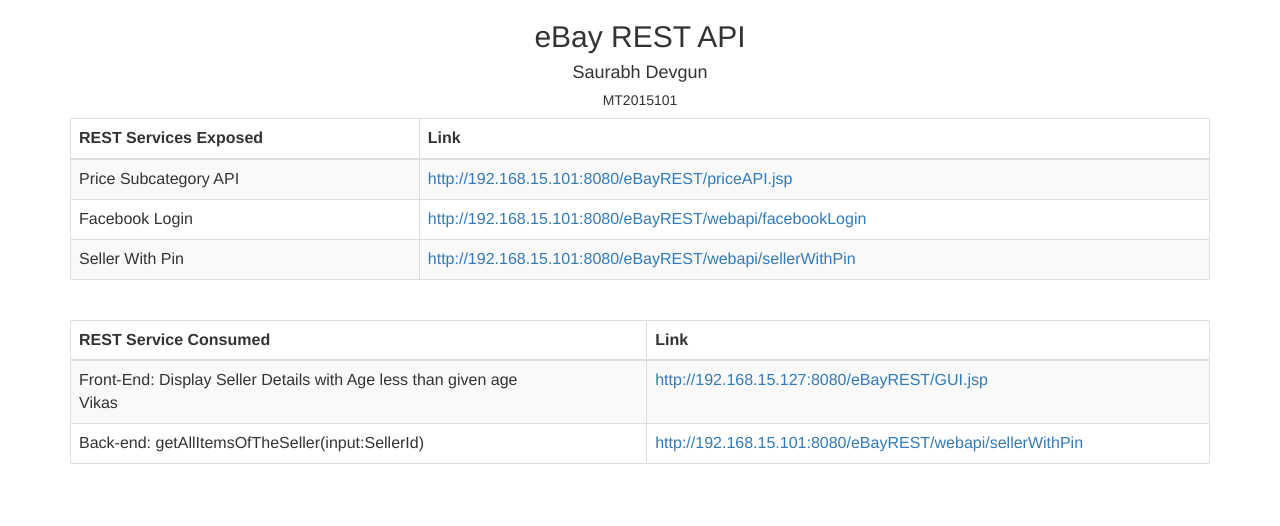
Repository: saurabh-devgun-iiitb/RESTProject
Page: http://localhost/eBayREST/
An editor plug-in stored every save of this project. The page is shown before and after the next save, followed by the edit.
The browser window is 1280 px wide. The pictures show the whole page.
The page is served by Tomcat 9. Other server files are loaded and not shown.

Above is the page before, as saved 2016-07-23 05:23:52.

### eBayREST/WebContent/index.jsp
<html>
<head>
  <meta name="viewport" content="width=device-width, initial-scale=1">
  <link rel="stylesheet" href="http://maxcdn.bootstrapcdn.com/bootstrap/3.3.6/css/bootstrap.min.css">
  <script src="https://ajax.googleapis.com/ajax/libs/jquery/1.12.4/jquery.min.js"></script>
  <script src="http://maxcdn.bootstrapcdn.com/bootstrap/3.3.6/js/bootstrap.min.js"></script>
</head>
<body>
	<div align="center">
	    <h2>eBay REST API</h2>
	    <h4>Saurabh Devgun</h4>
	    <h5>MT2015101</h5>
    </div>
    <div class = "container">
    <table class="table table-hover table-striped table-bordered">
      <thead>
        <tr>
          <th>REST Services Exposed</th>
          <th>Link</th>
        </tr>
      </thead>
      <tbody>
        <tr>
          <td>Price Subcategory API</td>
          <td><a href="priceAPI.jsp">http://192.168.15.101:8080/eBayREST/priceAPI.jsp</a></td>
        </tr>
        <tr>
          <td>Facebook Login</td>
          <td><a href="loginThroughFacebook.jsp">http://192.168.15.101:8080/eBayREST/webapi/facebookLogin</a></td>
        </tr>
        <tr>
          <td>Seller With Pin</td>
          <td><a href="sellerWithPin.jsp">http://192.168.15.101:8080/eBayREST/webapi/sellerWithPin</a></td>
        </tr>
      </tbody>
    </table>
    </div>
    <br>
    <div class="container">
    	<table class="table table-hover table-striped table-bordered">
      <thead>
        <tr>
          <th>REST Service Consumed</th>
          <th>Link</th>
        </tr>
      </thead>
      <tbody>
        <tr>
          <td>Front-End: Display Seller Details with Age less than given age<br>Vikas </td>
          <td><a href="http://192.168.15.127:8080/eBayREST/GUI.jsp">http://192.168.15.127:8080/eBayREST/GUI.jsp</a></td>
        </tr>
        <tr>
          <td>Back-end: getAllItemsOfTheSeller(input:SellerId)</td>
          <td><a href="http://192.168.15.78:8080/eBayREST/itemSeller">http://192.168.15.101:8080/eBayREST/webapi/sellerWithPin</a></td>
        </tr>
      </tbody>
    </table>
    </div>
    <!--
    <p><a href="priceAPI.jsp">Price API</a></p>
    <p><a href="loginThroughFacebook.jsp">Login through Facebook</a></p>
    <p><a href="sellerWithPin.jsp">Get Sellers In City with pin</a></p>
    -->
</body>
</html>

After the next save:
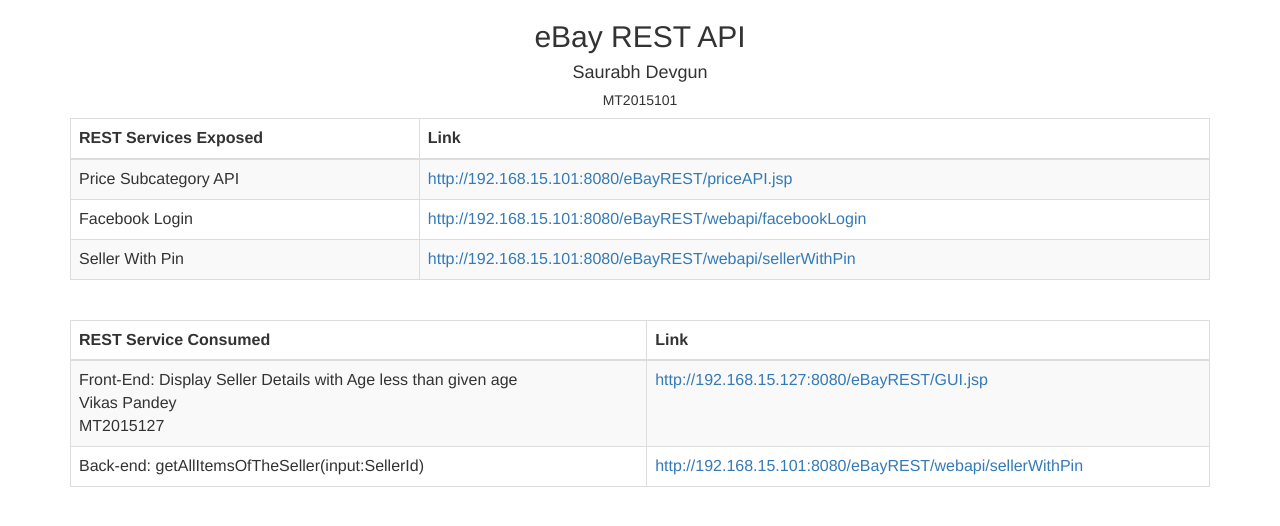
Saved 22 s later.
--- a/eBayREST/WebContent/index.jsp
+++ b/eBayREST/WebContent/index.jsp
@@ -46,7 +46,7 @@
       </thead>
       <tbody>
         <tr>
-          <td>Front-End: Display Seller Details with Age less than given age<br>Vikas </td>
+          <td>Front-End: Display Seller Details with Age less than given age<br>Vikas Pandey<br>MT2015127</td>
           <td><a href="http://192.168.15.127:8080/eBayREST/GUI.jsp">http://192.168.15.127:8080/eBayREST/GUI.jsp</a></td>
         </tr>
         <tr>
